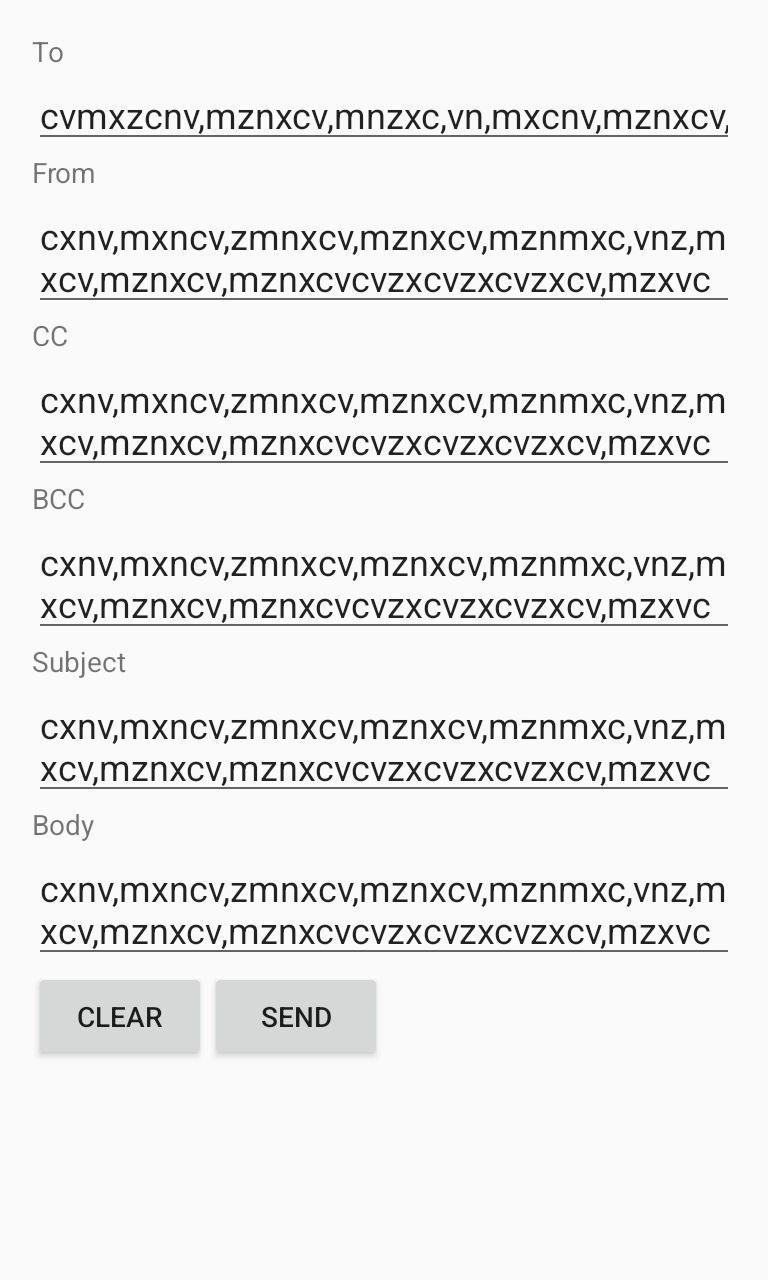
Repository: tmccartan/Android
Layout: Assignment1/res/layout/activity_email_composition.xml
These files come from the project's save history. The layout is drawn as it stood at one moment and after the next save; the edit follows.
It is drawn on a 768 x 1280 px phone screen (xhdpi) without system bars, with theme Theme.AppCompat.Light; the app's code is not run. The app's manifest (not shown) leaves right-to-left support off. So textAlignment, textDirection and layoutDirection are ignored, and left and right values win over start and end ones.

Above is the layout before, as saved 2015-03-03 21:29:31.

### Assignment1/res/layout/activity_email_composition.xml
<RelativeLayout xmlns:android="http://schemas.android.com/apk/res/android"
    xmlns:tools="http://schemas.android.com/tools"
    android:id="@+id/emailComposite"
    android:layout_width="match_parent"
    android:layout_height="match_parent"
    android:paddingBottom="@dimen/activity_vertical_margin"
    android:paddingLeft="@dimen/activity_horizontal_margin"
    android:paddingRight="@dimen/activity_horizontal_margin"
    android:paddingTop="@dimen/activity_vertical_margin"
    tools:context="com.example.assignment1.EmailComposition" >

    <ScrollView
        android:id="@+id/scrollView1"
        android:layout_width="fill_parent"
        android:layout_height="wrap_content"
        android:layout_alignParentStart="true"
        android:layout_alignParentLeft="true"
        android:layout_alignParentTop="true" >

        <TableLayout
            android:id="@+id/tableLayout1"
            android:layout_width="match_parent"
            android:layout_height="wrap_content"
            android:stretchColumns="*" >

            <TableRow
                android:id="@+id/tableRow1"
                android:layout_width="wrap_content"
                android:layout_height="wrap_content"
                android:layout_gravity="left" >

                <TextView
                    android:id="@+id/TextView01"
                    android:layout_width="fill_parent"
                    android:layout_height="wrap_content"
                    android:layout_gravity="fill_horizontal"
                    android:text="To" />

            </TableRow>

            <TableRow
                android:id="@+id/tableRow2"
                android:layout_width="fill_parent"
                android:layout_height="wrap_content" >

                <EditText
                    android:id="@+id/txtTo"
                    android:layout_width="wrap_content"
                    android:layout_height="wrap_content"
                    android:text="cvmxzcnv,mznxcv,mnzxc,vn,mxcnv,mznxcv,mznxc,vnzmxc,nv,zmxcvz" android:inputType="text"/>

            </TableRow>

            <TableRow
                android:id="@+id/tableRow3"
                android:layout_width="wrap_content"
                android:layout_height="wrap_content" >

                <TextView
                    android:id="@+id/textView1"
                    android:layout_width="wrap_content"
                    android:layout_height="wrap_content"
                    android:text="From" />
            </TableRow>

            <TableRow
                android:id="@+id/tableRow4"
                android:layout_width="fill_parent"
                android:layout_height="wrap_content" >

                <EditText
                    android:id="@+id/txtFrom"
                    android:layout_width="wrap_content"
                    android:layout_height="wrap_content"
                    android:text="cxnv,mxncv,zmnxcv,mznxcv,mznmxc,vnz,mxcv,mznxcv,mznxcvcvzxcvzxcvzxcv,mzxvc" />

            </TableRow>

            <TableRow
                android:id="@+id/tableRow6"
                android:layout_width="wrap_content"
                android:layout_height="wrap_content" >

                <TextView
                    android:id="@+id/textView2"
                    android:layout_width="wrap_content"
                    android:layout_height="wrap_content"
                    android:text="CC" />

            </TableRow>

            <TableRow
                android:id="@+id/tableRow7"
                android:layout_width="wrap_content"
                android:layout_height="wrap_content" >

                <EditText
                    android:id="@+id/txtCC"
                    android:layout_width="wrap_content"
                    android:layout_height="wrap_content"
                    android:ems="10"
                    android:text="cxnv,mxncv,zmnxcv,mznxcv,mznmxc,vnz,mxcv,mznxcv,mznxcvcvzxcvzxcvzxcv,mzxvc" />

            </TableRow>

            <TableRow
                android:id="@+id/tableRow5"
                android:layout_width="wrap_content"
                android:layout_height="wrap_content" >

                <TextView
                    android:id="@+id/textView3"
                    android:layout_width="wrap_content"
                    android:layout_height="wrap_content"
                    android:text="BCC"
                     />

            </TableRow>

            <TableRow
                android:id="@+id/tableRow8"
                android:layout_width="wrap_content"
                android:layout_height="wrap_content" >

                <EditText
                    android:id="@+id/txtBCC"
                    android:layout_width="wrap_content"
                    android:layout_height="wrap_content"
                    android:ems="10"
                    android:text="cxnv,mxncv,zmnxcv,mznxcv,mznmxc,vnz,mxcv,mznxcv,mznxcvcvzxcvzxcvzxcv,mzxvc" />

            </TableRow>

            <TableRow
                android:id="@+id/tableRow9"
                android:layout_width="wrap_content"
                android:layout_height="wrap_content" >

                <TextView
                    android:id="@+id/textView4"
                    android:layout_width="wrap_content"
                    android:layout_height="wrap_content"
                    android:text="Subject" />

            </TableRow>

            <TableRow
                android:id="@+id/tableRow10"
                android:layout_width="wrap_content"
                android:layout_height="wrap_content" >

                <EditText
                    android:id="@+id/txtSubject"
                    android:layout_width="wrap_content"
                    android:layout_height="wrap_content"
                    android:ems="10"
                    android:text="cxnv,mxncv,zmnxcv,mznxcv,mznmxc,vnz,mxcv,mznxcv,mznxcvcvzxcvzxcvzxcv,mzxvc" />

            </TableRow>

            <TableRow
                android:id="@+id/tableRow12"
                android:layout_width="wrap_content"
                android:layout_height="wrap_content" >

                <TextView
                    android:id="@+id/textView5"
                    android:layout_width="wrap_content"
                    android:layout_height="wrap_content"
                    android:text="Body" />

            </TableRow>

            <TableRow
                android:id="@+id/tableRow11"
                android:layout_width="match_parent"
                android:layout_height="wrap_content" >

                <EditText
                    android:id="@+id/txtBody"
                    android:layout_width="wrap_content"
                    android:layout_height="wrap_content"
                    android:ems="10"
                    android:inputType="textMultiLine"
                    android:text="cxnv,mxncv,zmnxcv,mznxcv,mznmxc,vnz,mxcv,mznxcv,mznxcvcvzxcvzxcvzxcv,mzxvc" />

            </TableRow>

            <TableRow
                android:id="@+id/ButtonRow"
                android:layout_width="fill_parent"
                android:layout_height="wrap_content" >

                <LinearLayout
                    android:layout_width="fill_parent"
                    android:layout_height="wrap_content" >

                    <Button
                        android:id="@+id/button2"
                        android:layout_width="wrap_content"
                        android:layout_height="wrap_content"
                        android:onClick="ClearEmail"
                        android:text="Clear" />

                    <Button
                        android:id="@+id/button1"
                        android:layout_width="wrap_content"
                        android:layout_height="wrap_content"
                        android:onClick="SendEmail"
                        android:text="Send" />

                </LinearLayout>

            </TableRow>

        </TableLayout>
    </ScrollView>


</RelativeLayout>

Loaded but not shown: Assignment1/res/values/dimens.xml (common file); Assignment1/res/values-w820dp/dimens.xml (common file)

After the next save:
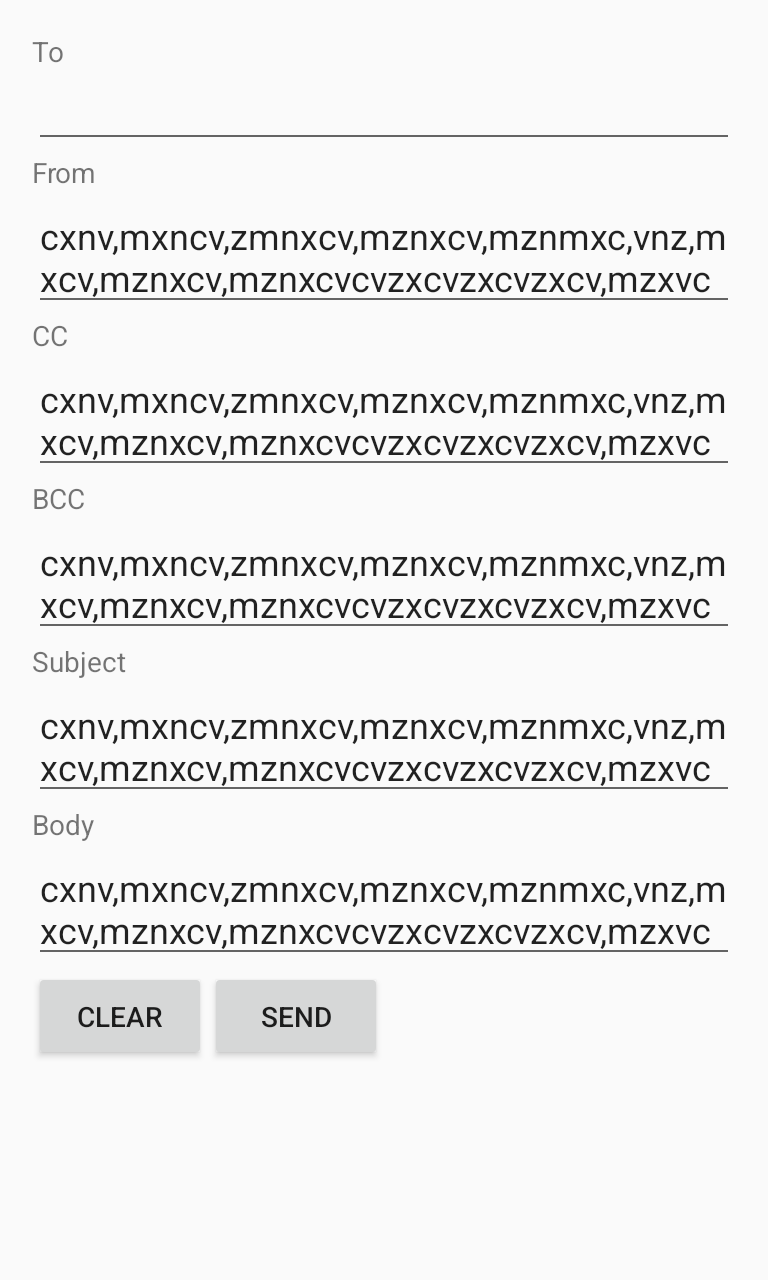
Saved 49 s later.
--- a/Assignment1/res/layout/activity_email_composition.xml
+++ b/Assignment1/res/layout/activity_email_composition.xml
@@ -47,7 +47,7 @@
                     android:id="@+id/txtTo"
                     android:layout_width="wrap_content"
                     android:layout_height="wrap_content"
-                    android:text="cvmxzcnv,mznxcv,mnzxc,vn,mxcnv,mznxcv,mznxc,vnzmxc,nv,zmxcvz" android:inputType="text"/>
+                    android:text="" android:inputType="text"/>
 
             </TableRow>
 
